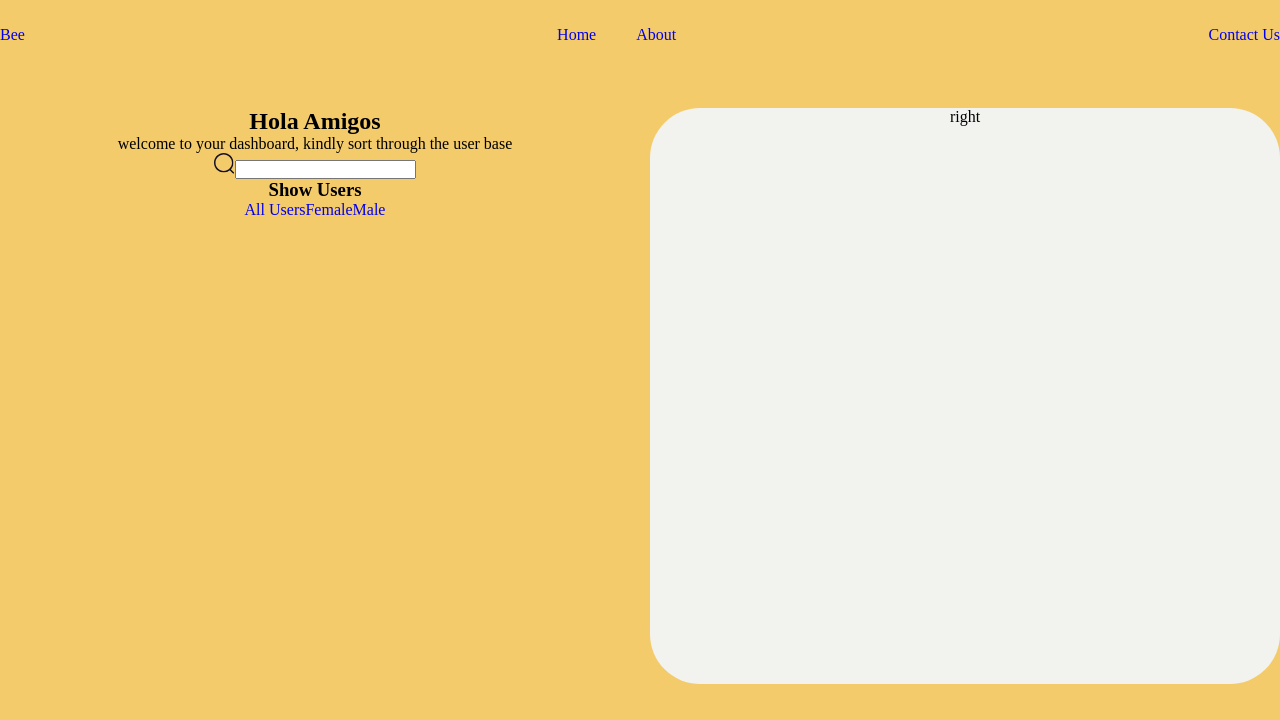
Repository: ble-syn/Random-user-generator-app
Page: /
The author's editor kept a copy of each file at every save. The page is drawn from the files as they stood at one save, then again after the next save.
The browser window is 1280 px wide. The pictures show the whole page.
The project was rebuilt for these pictures with package versions that can differ from the ones it lists, and the page was loaded fresh each time. Also part of the build but not shown: src/pages/About.jsx, src/pages/Policy.jsx, src/pages/Terms.jsx, src/pages/Contact.jsx, src/pages/NotFound.jsx.

Above is the page before, as saved 2022-10-26 00:49:48.

### src/index.css
*{
  margin: 0;
  padding: 0;
  box-sizing: border-box;
}
a {
  text-decoration: none;
}

body {
  background-color: #F4CB6B;
}
.container {
  width: 100%;
  max-width: 1300px;
  margin: 0 auto;

  text-align: center;
}

nav {
  display: flex;
  justify-content: space-between;
  margin: 2% 0 5%;
}
.menu {
  margin: 0 20px;
}

.home-container{
  display: flex;
  justify-content: center;
}
/* LEFT STYLES */
#left {
  flex: 5;
}

#right{
  height: 80vh;
 flex: 5;
  margin-left: 20px;
  background-color: #F2F2EF;
  border-radius: 50px;
}

### src/App.js
import { BrowserRouter as Router, Routes, Route, Navigate} from "react-router-dom";
import Navbar from "./components/Navbar";
import Home from "./pages/Home";
import About from "./pages/About";
import Policy from "./pages/Policy";
import Terms from "./pages/Terms";
import Contact from "./pages/Contact";
import NotFound from "./pages/NotFound";

function App() {
  return (
    <div className="container">
      <Router>
      <Navbar />
        <Routes>
          <Route path="/" element={<Home />} />
          <Route path="/about" element={<About />}>
            <Route path="policy" element={<Policy />} />
            <Route path="terms" element={<Terms />} />
          </Route>
          <Route path="/contact" element={<Contact />} />
          <Route path="/not-found" element={<NotFound />} />
          <Route path="*" element={<Navigate to="/not-found" />} />
        </Routes>
      </Router>

    </div>
  );
}

export default App;

### src/components/Navbar.jsx
import React from "react";
import { Link } from "react-router-dom";

function Navbar() {
    return (
      <nav className="header">
        <div className="logo">
          <Link to="/">Bee</Link>
        </div>


        <div>
            <Link to="/about" className="menu">Home</Link>

            <Link to="/contact" className="menu">About</Link>
        </div>
        <div>
            <Link to="/">Contact Us</Link>
        </div>
      </nav>
    );
  }

export default Navbar;

### src/pages/Home.jsx
import React from "react";
import { Link } from "react-router-dom";
import { ReactComponent as Search } from "../assets/Search.svg"

function Home() {
  return (
    <div className="home-container">
      <div id="left">
        <h2>Hola Amigos</h2>
        <p>welcome to your dashboard, kindly sort through the user base</p>
        <form action="">
          <Search />
          <input type="text" name="" id="" />
        </form>
        <h3>Show Users</h3>
        <div className="nav-btn-cont">
          <Link className="user-link" to="/login">All Users</Link>
          <Link className="user-link" to="/register">Female</Link>
          <Link className="user-link" to="/about">Male</Link>
        </div>
      </div>
      <div id="right">
        right
      </div>
    </div>
  );
}

export default Home;

Loaded but not shown: public/index.html (common file); src/index.js (common file); src/reportWebVitals.js (common file)

After the next save:
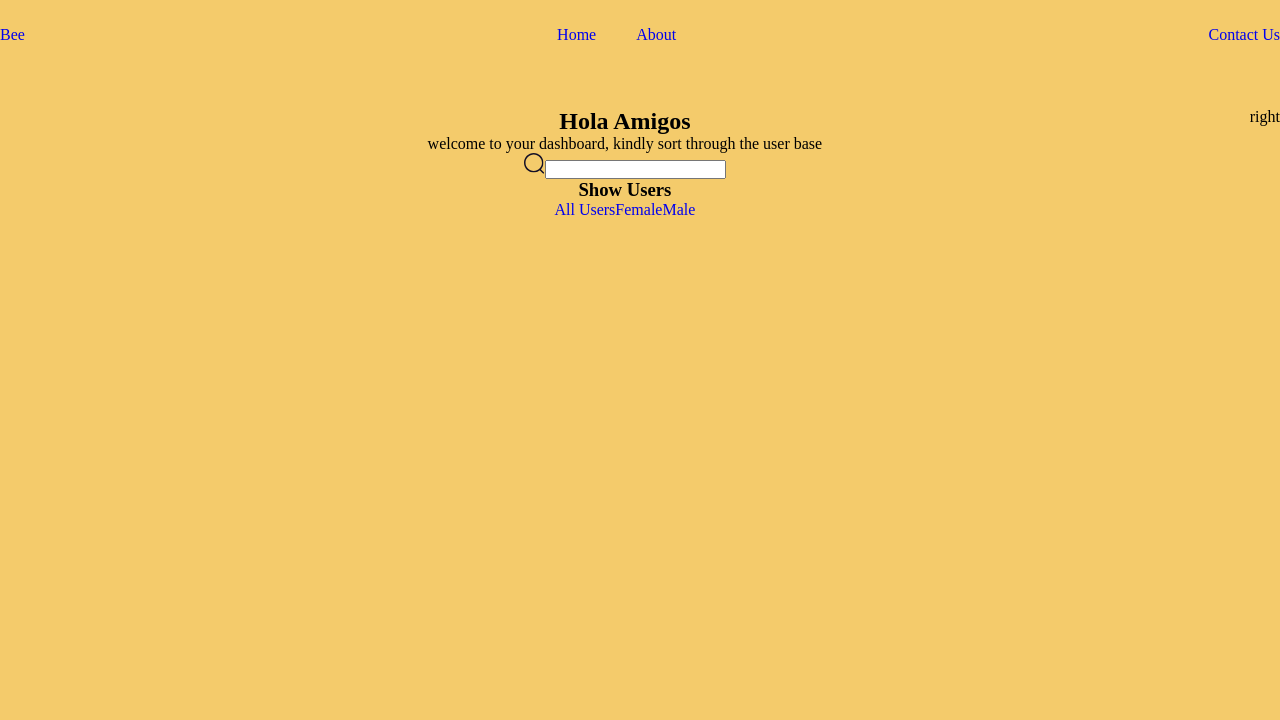
Saved 10 s later.
--- a/src/index.css
+++ b/src/index.css
@@ -35,7 +35,7 @@
 #left {
   flex: 5;
 }
-
+.user-link
 #right{
   height: 80vh;
  flex: 5;

After the save that followed:
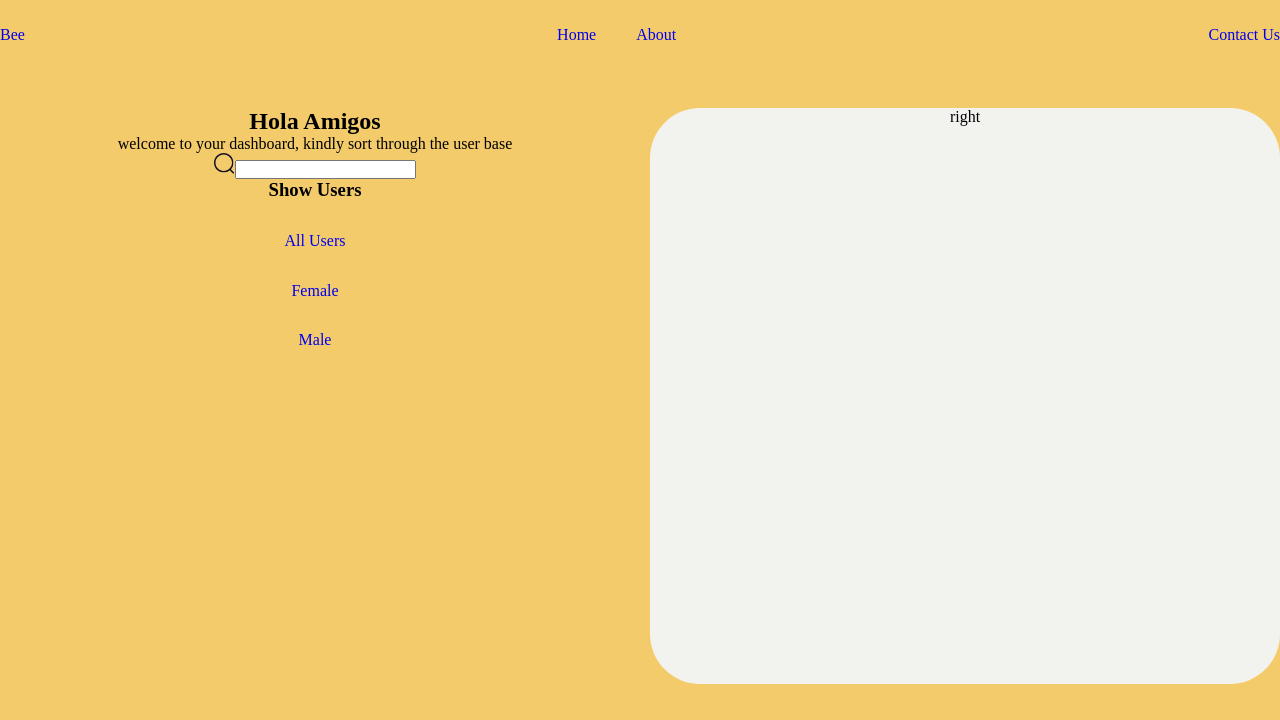
Saved 5 s later.
--- a/src/index.css
+++ b/src/index.css
@@ -35,7 +35,11 @@
 #left {
   flex: 5;
 }
-.user-link
+.user-link{
+  display: flex;
+  justify-content: center;
+  margin: 5% 0;
+}
 #right{
   height: 80vh;
  flex: 5;
